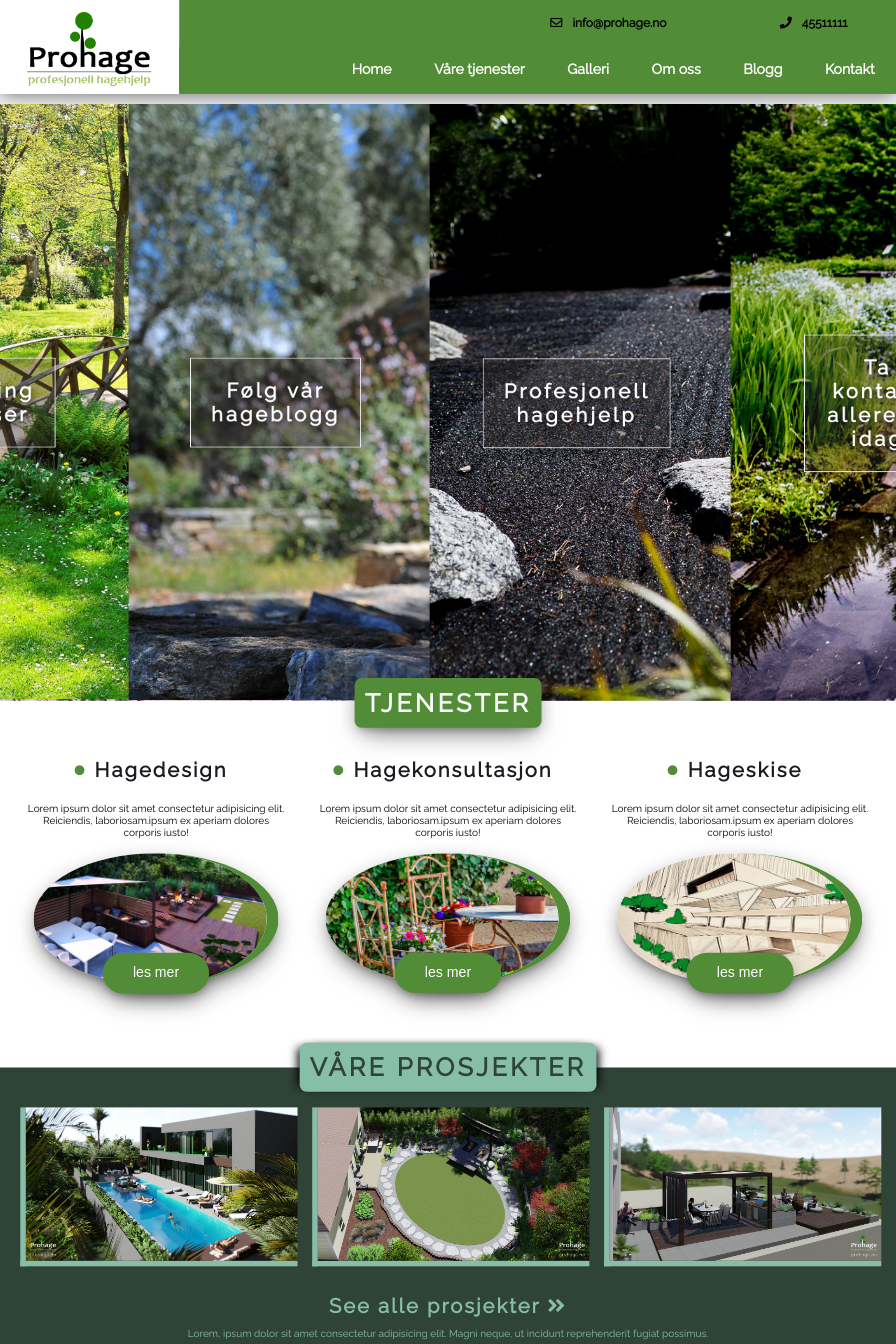
Repository: marinazzz/garden-design-website
Page: Garden design website/index.html
The author's editor kept a copy of each file at every save. The page is drawn from the files as they stood at one save, then again after the next save.
The browser window is 1280 px wide. The pictures show the part of the page from y = 0 to 1920 px (the page is 2810 px tall before and 2863 px after), at 70% of full size.

Above is the page before, as saved 2020-04-03 12:51:20.

After the next save:
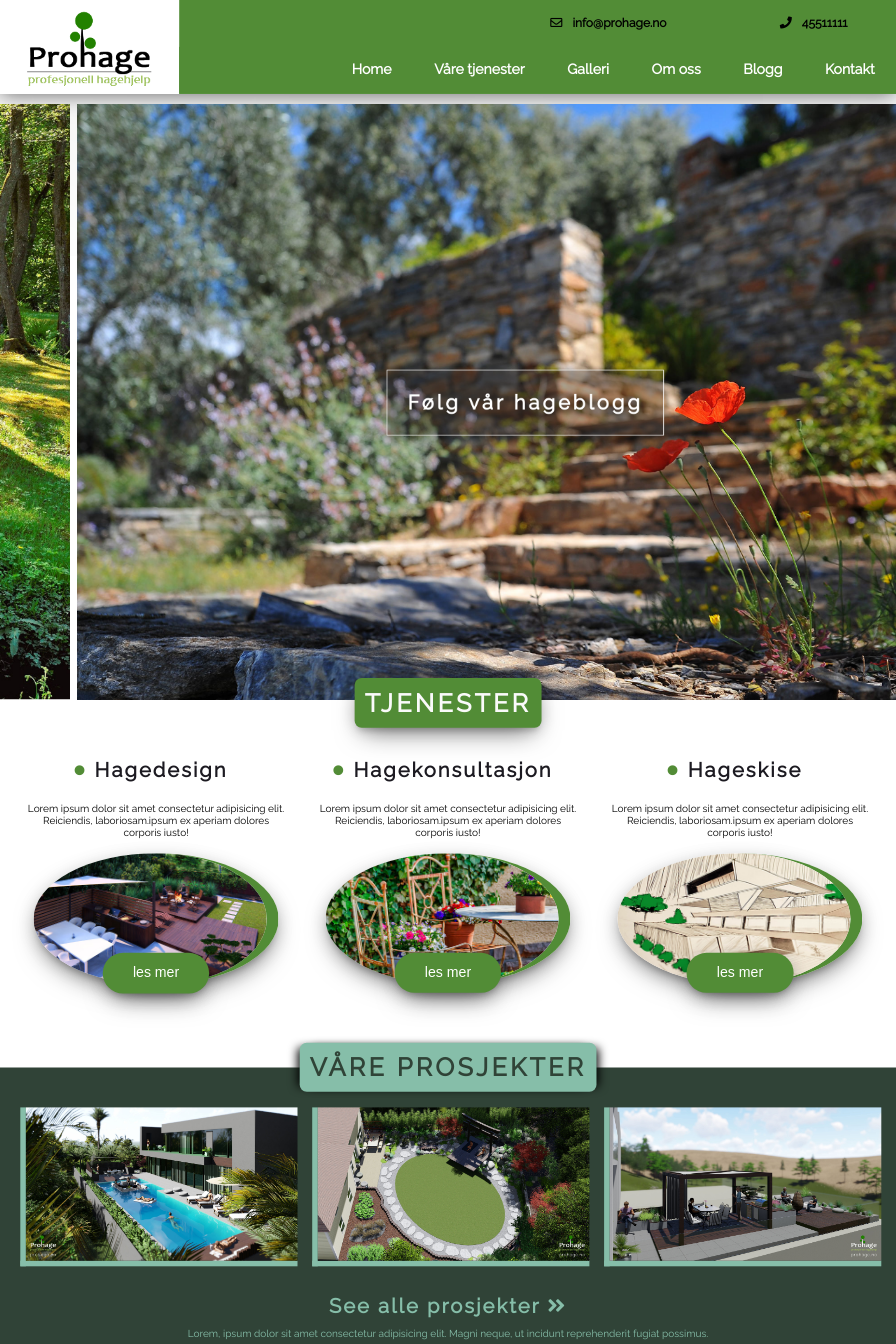
Saved 30 s later.
--- a/Garden design website/JS/js-app.js
+++ b/Garden design website/JS/js-app.js
@@ -23,7 +23,6 @@ const carousels = document.querySelectorAll(".glide");
 Object.values(carousels).map(carousel => {
       const slider = new Glide(carousel, {
         type: "carousel",
-        perView: 3
       });
       slider.mount();
 });
